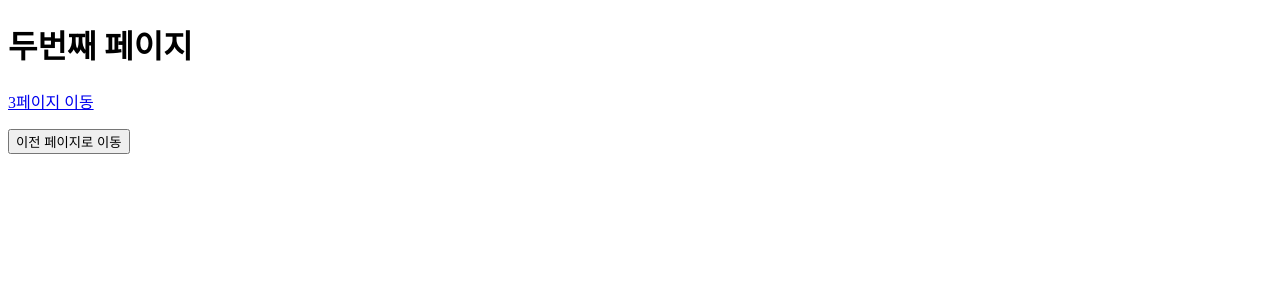
Repository: reddrinkbro/JSPStudy
Page: javascript/WebContent/4객체/his_obp2.html
These files come from the project's save history. The page is drawn as it stood at one moment and after the next save; the edit follows.
The browser window is 1280 px wide. The pictures show the whole page.

Above is the page before, as saved 2020-04-09 08:10:17.

### javascript/WebContent/4객체/his_obp2.html
<!DOCTYPE html>
<html>
<head>
<meta charset="EUC-KR">
<title>Insert title here</title>

	<style type="text/css">
		/* #-> HTML태그중.. id 속성값이
		   #prevBtn-> id속성값이 prevBtn 인 <button>요소를 선택해서 가져와서~
		   			  css문법을 통해서 화면을 조작한다
		  */
		#nextBtn{/*id속성값이 nextBtn인 <button>요소를 선택해서*/
			display:none;/*버튼이 보이지 않게 설정*/
		}

	</style>
</head>
<body>
<h1>두번째 페이지</h1>
<a href ="his_obp3.html">3페이지 이동</a>
	<p>
		<button id = "prevBtn" onclick = "histroy.back();">이전 페이지로 이동</button>
		<button id = "nextBtn" onclick = "histroy.forward();">방문한 다음페이지로 이동</button>
	</p>
</body>
</html>

After the next save:
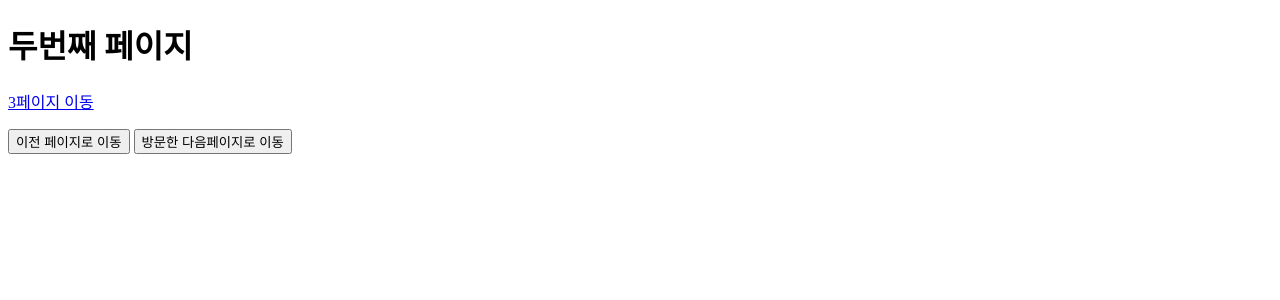
Saved 2 min 31 s later.
--- a/javascript/WebContent/4객체/his_obp2.html
+++ b/javascript/WebContent/4객체/his_obp2.html
@@ -8,10 +8,10 @@
 		/* #-> HTML태그중.. id 속성값이
 		   #prevBtn-> id속성값이 prevBtn 인 <button>요소를 선택해서 가져와서~
 		   			  css문법을 통해서 화면을 조작한다
-		  */
-		#nextBtn{/*id속성값이 nextBtn인 <button>요소를 선택해서*/
-			display:none;/*버튼이 보이지 않게 설정*/
-		}
+		 */
+		 /*#nextBtn{id속성값이 nextBtn인 <button>요소를 선택해서*/
+		/*	display:none;버튼이 보이지 않게 설정*/
+		//}
 
 	</style>
 </head>
